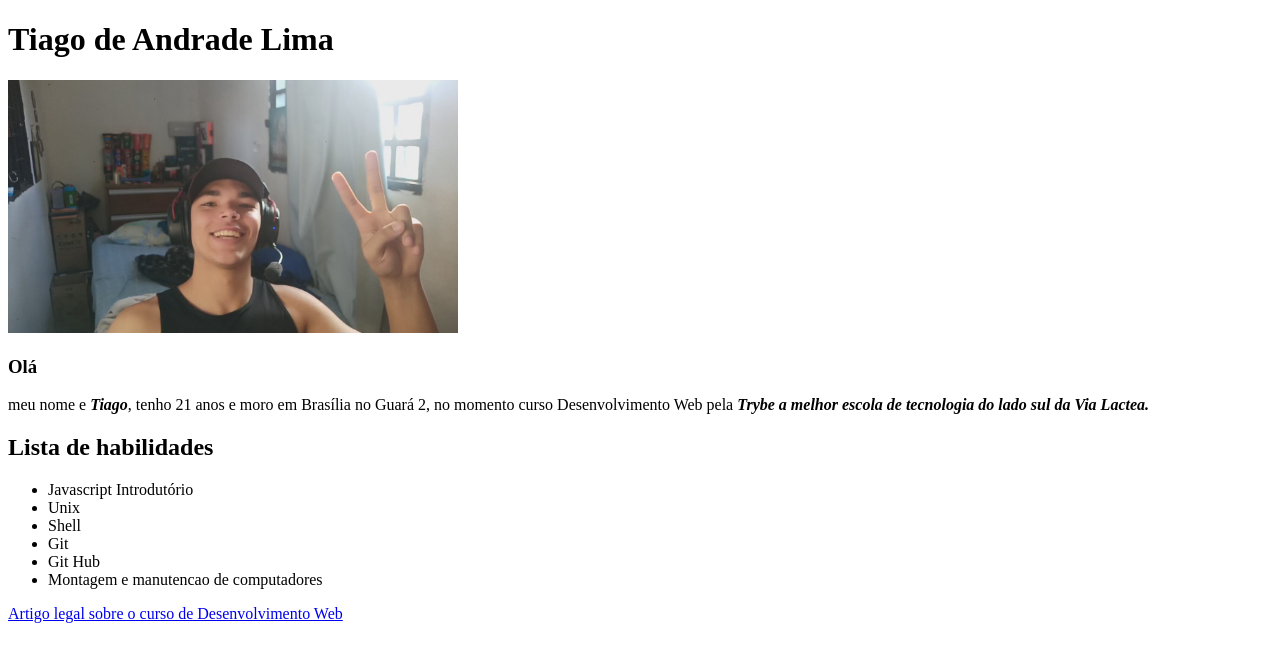
Repository: Batatiago/Batatiago.github.io
Page: index.html
The author's editor kept a copy of each file at every save. The page is drawn from the files as they stood at one save, then again after the next save.
The browser window is 1280 px wide. The pictures show the whole page.

Above is the page before, as saved 2023-06-28 23:14:32.

### index.html
<!DOCTYPE html>
<html lang="pt-br">

<head>
  <meta charset="UTF-8">
  <title>Tiago de Andrade Lima</title>
</head>

<body>
  <h1 class="meuNome"> Tiago de Andrade Lima</h1>
  <img src="2023-06-23-160707.jpg" alt="Imagem de Tiago" id="foto" width="450px">
  <h3>Olá</h3>
  <p class="descricao"> meu nome e <strong><em>Tiago</em></strong>, tenho 21 anos e moro em Brasília no Guará 2, no momento curso Desenvolvimento
    Web pela <strong><em>Trybe a melhor escola de tecnologia do lado sul da Via Lactea.</em></strong></p>
  <h2>Lista de habilidades</h2>
  <ul>
    <li class="javascript">Javascript Introdutório</li>
    <li class="unix">Unix</li>
    <li class="shell">Shell</li>
    <li class="git">Git</li>
    <li class="gitHub">Git Hub</li>
    <li>Montagem e manutencao de computadores</li>
  </ul>
  <a href="https://blog.betrybe.com/carreira/frontend/" target="_blank">Artigo legal sobre o curso de Desenvolvimento
    Web</a>
</body>

</html>

### style.css
*{
   background-color: aquamarine;
}

#meuNome{
    background-color: black;
}

After the next save:
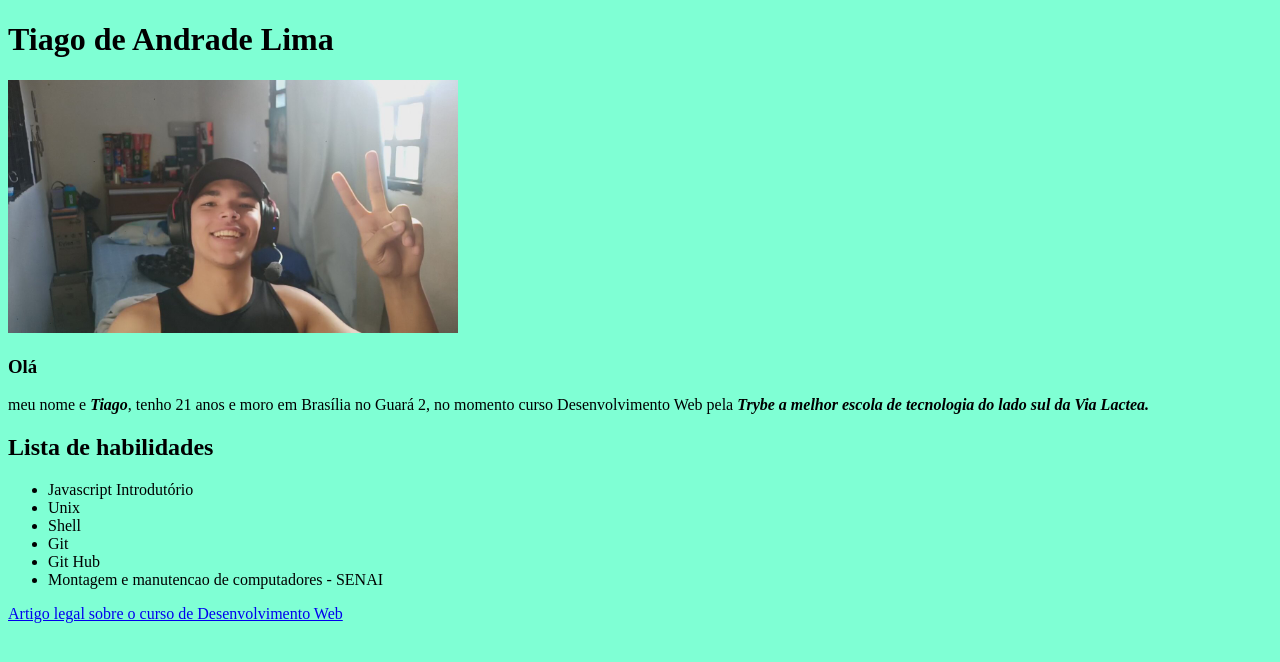
Saved 5 s later.
--- a/index.html
+++ b/index.html
@@ -4,6 +4,7 @@
 <head>
   <meta charset="UTF-8">
   <title>Tiago de Andrade Lima</title>
+  <link rel="stylesheet" href="style.css">
 </head>
 
 <body>
@@ -19,7 +20,7 @@
     <li class="shell">Shell</li>
     <li class="git">Git</li>
     <li class="gitHub">Git Hub</li>
-    <li>Montagem e manutencao de computadores</li>
+    <li>Montagem e manutencao de computadores - SENAI</li>
   </ul>
   <a href="https://blog.betrybe.com/carreira/frontend/" target="_blank">Artigo legal sobre o curso de Desenvolvimento
     Web</a>
